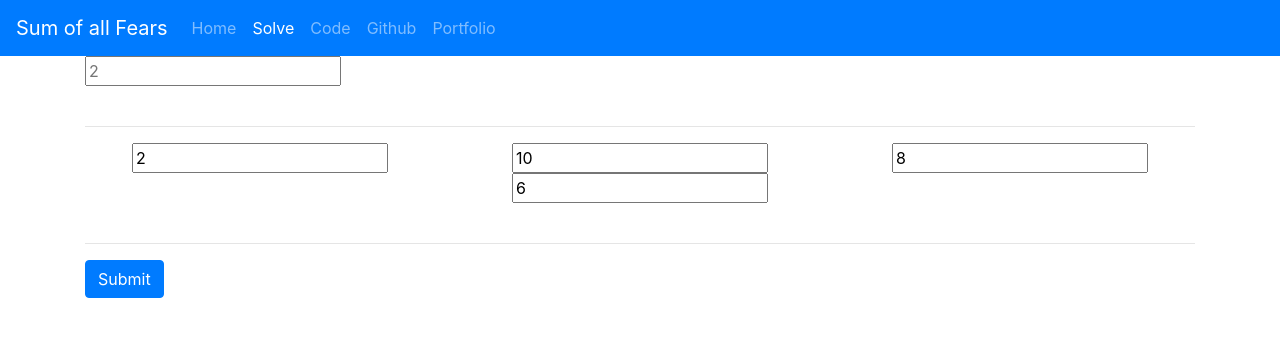
Repository: zhadjah9559/BrainBufferOverflow
Page: solve.html
The author's editor kept a copy of each file at every save. The page is drawn from the files as they stood at one save, then again after a run of saves.
The browser window is 1280 px wide. The pictures show the whole page.

Above is the page before, as saved 2021-01-13 15:08:26.

### solve.html
<!doctype html>
<html lang="en">
  <head>
    <title>Title</title>
    <!-- Required meta tags -->
    <meta charset="utf-8">
    <meta name="viewport" content="width=device-width, initial-scale=1, shrink-to-fit=no">

    <!-- Bootstrap CSS -->
    <link rel="stylesheet" href="https://stackpath.bootstrapcdn.com/bootstrap/4.3.1/css/bootstrap.min.css" integrity="sha384-ggOyR0iXCbMQv3Xipma34MD+dH/1fQ784/j6cY/iJTQUOhcWr7x9JvoRxT2MZw1T" crossorigin="anonymous">
  </head>
  <body>

    <nav class="navbar navbar-expand-sm navbar-dark bg-primary">
        <a class="navbar-brand" href="#">Sum of all Fears</a>
        <button class="navbar-toggler d-lg-none" type="button" data-toggle="collapse" data-target="#collapsibleNavId" aria-controls="collapsibleNavId"
            aria-expanded="false" aria-label="Toggle navigation"></button>
        <div class="collapse navbar-collapse" id="collapsibleNavId">
            <ul class="navbar-nav mr-auto mt-2 mt-lg-0">
                <li class="nav-item">
                    <a class="nav-link" href="index.html">Home <span class="sr-only">(current)</span></a>
                </li>
                <li class="nav-item active">
                    <a class="nav-link" href="solve.html">Solve</a>
                </li>
                 <li class="nav-item">
                    <a class="nav-link" href="code.html">Code</a>
                </li> <li class="nav-item">
                    <a class="nav-link" href="#">Github</a>
                </li>
                <li class="nav-item">
                    <a class="nav-link" href="#">Portfolio</a>
                </li>
            </ul>

        </div>
    </nav>

    <div class="container">
       <div class="row">
           <div class="col">
            <input type="number" id="kInput" name="kInput"  placeholder="2">

           </div>
       </div>
       <br/>
       <hr/>

        <!--User Array Inputs-->
        <div class="row justify-content-center">
            <div class="col-md text-center">
                <input type="number" id="arrayInput1" name="arrayInput1" value="2" placeholder="2">
            </div>
            <div class="col-md text-center">
                <input type="number" id="arrayInput2" name="arrayInput2" value="10" placeholder="10">
            </div>
            <div class="col-md text-center">
                <input type="number" id="arrayInput3" name="arrayInput3" value="8" placeholder="8">
            </div>
            <div class="col-md text-center">
                <input type="number" id="arrayInput1" name="arrayInput1" value="6" placeholder="6">
            </div>
        </div>
        <br/>
        <hr/>


        <div class="row justify-content-center">
            <div class="col">
             <input  class="btn btn-primary" type="submit" id="submitBtn" name="submitBtn"/>
            </div>
        </div>


    </div>


    <!-- Optional JavaScript -->
    <!-- jQuery first, then Popper.js, then Bootstrap JS -->
    <script src="https://code.jquery.com/jquery-3.3.1.slim.min.js" integrity="sha384-q8i/X+965DzO0rT7abK41JStQIAqVgRVzpbzo5smXKp4YfRvH+8abtTE1Pi6jizo" crossorigin="anonymous"></script>
    <script src="https://cdnjs.cloudflare.com/ajax/libs/popper.js/1.14.7/umd/popper.min.js" integrity="sha384-UO2eT0CpHqdSJQ6hJty5KVphtPhzWj9WO1clHTMGa3JDZwrnQq4sF86dIHNDz0W1" crossorigin="anonymous"></script>
    <script src="https://stackpath.bootstrapcdn.com/bootstrap/4.3.1/js/bootstrap.min.js" integrity="sha384-JjSmVgyd0p3pXB1rRibZUAYoIIy6OrQ6VrjIEaFf/nJGzIxFDsf4x0xIM+B07jRM" crossorigin="anonymous"></script>
  </body>
</html>

After the next 4 saves:
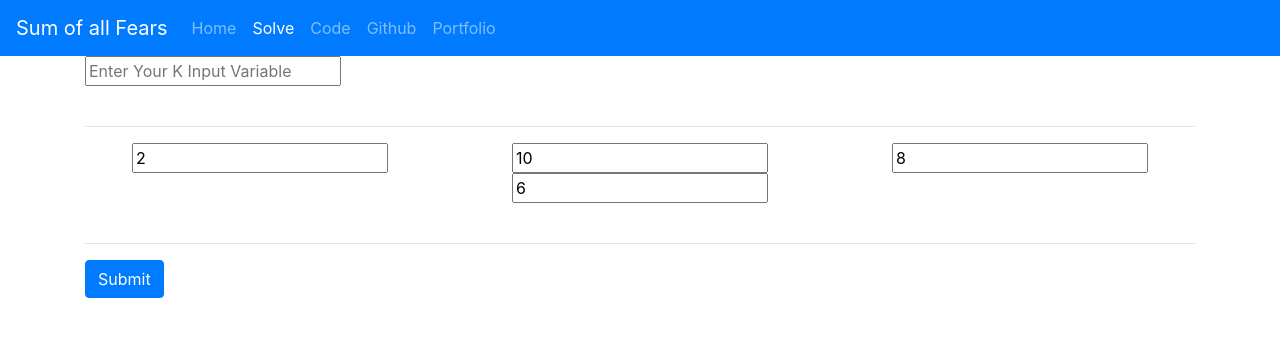
The 4 saves are shown as one change because they came seconds apart.
The last was saved 35 s later.
--- a/solve.html
+++ b/solve.html
@@ -39,7 +39,7 @@
     <div class="container">
        <div class="row">
            <div class="col">
-            <input type="number" id="kInput" name="kInput"  placeholder="2">
+            <input type="number" id="kInput" name="kInput"  placeholder="Enter Your K Input Variable">
 
            </div>
        </div>
